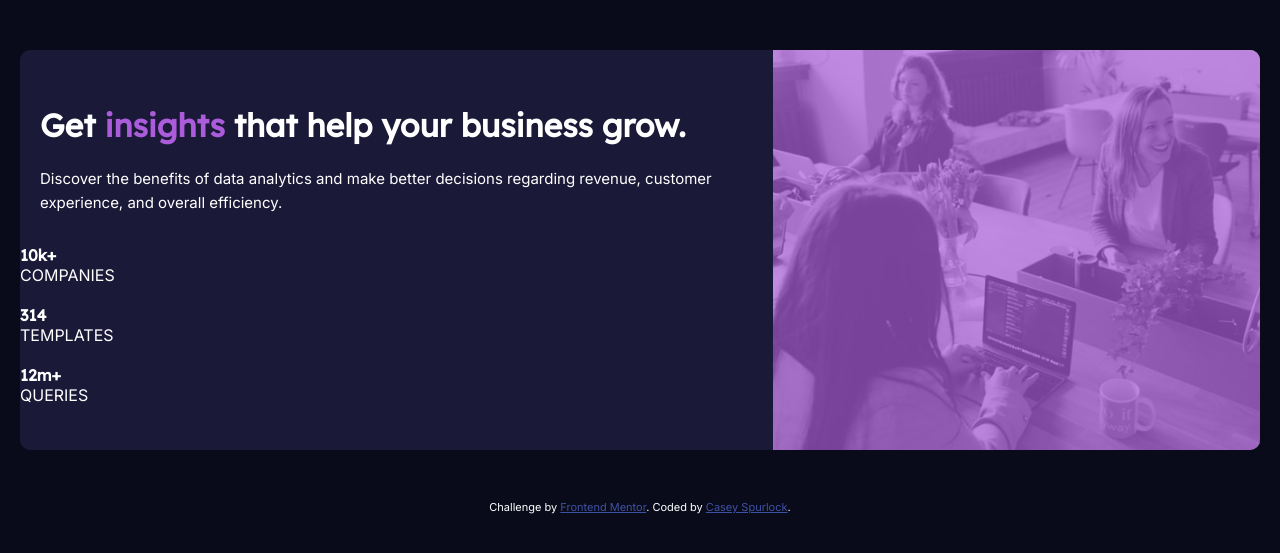
Repository: CaseySpurlock/stats-prewiew-component
Page: index.html
An editor plug-in stored every save of this project. The page is shown before and after the next save, followed by the edit.
The browser window is 1280 px wide. The pictures show the whole page.

Above is the page before, as saved 2021-06-22 01:54:59.

### index.html
<!DOCTYPE html>
<html lang="en">
<head>
  <meta charset="UTF-8">
  <meta name="viewport" content="width=device-width, initial-scale=1.0"> <!-- displays site properly based on user's device -->

  <link rel="icon" type="image/png" sizes="32x32" href="./images/favicon-32x32.png">

  <title>Frontend Mentor | Stats preview card component</title>

  <link rel="stylesheet" href="styles.css">
  <link rel="preconnect" href="https://fonts.googleapis.com">
  <link rel="preconnect" href="https://fonts.gstatic.com" crossorigin>
  <link href="https://fonts.googleapis.com/css2?family=Inter:wght@400;700&family=Lexend+Deca&display=swap" rel="stylesheet">

</head>

<body>

  <div class="container">
    <div class="card picture">
      <div class="overlay"></div>
    </div>
      <div class="card">
        <h1>Get <span>insights</span> that help your business grow.</h1>
      <p>Discover the benefits of data analytics and make better decisions regarding revenue, customer
        experience, and overall efficiency.</p>
        <ul>
          <li><span>10k+</span> companies</li>
          <li><span>314</span> templates</li>
          <li><span>12m+ </span> queries</li>
      </div>
      </div>








  <div class="attribution">
    Challenge by <a href="https://www.frontendmentor.io?ref=challenge" target="_blank">Frontend Mentor</a>.
    Coded by <a href="#">Casey Spurlock</a>.
  </div>
</body>
</html>

### styles.css
:root {
    --Very-dark-blue: hsl(233, 47%, 7%);
    --Dark-desaturated-blue: hsl(244, 38%, 16%);
    --Soft-violet: hsl(277, 64%, 61%);
    --White: hsl(0, 0%, 100%);
    --Slightly-transparent -white: hsla(0, 0%, 100%, 0.75);
    --Slightly-transparent-white: hsla(0, 0%, 100%, 0.6);
}

* {
    margin: 0;
    padding: 0;
    box-sizing: border-box;
}

img {
    max-width: 100%;
}

ul {
    list-style-type: none;
}

body {
    font-family: "Inter", sans-serif;
    background-color: var(--Very-dark-blue);
}

p {
    font-size: 15px;
    line-height: 1.6;
}

.container {
    background-color: var(--Dark-desaturated-blue);
    color: var(--White);
    margin: 50px 20px;
    padding: 0 0 20px;
    border-radius: 10px;
    text-align: center;
}

.container .picture  {
    background: url(./images/image-header-mobile.jpg)
    no-repeat center/cover;
    height: 400px;
    border-radius: 10px 10px 0 0;
}

.container .picture .overlay {
    background-color: hsl(277, 64%, 61%, .7);
    height: 400px;
    border-radius: 10px 10px 0 0;
}

.container .card p {
    padding: 0 20px;
    margin-bottom: 30px;
}

.container .card h1 {
    margin: 30px 0 20px;
    padding: 0 20px;
    line-height: 1.3;
    font-family: "lexend deca", sans-serif;
}

.container .card h1 span {
    color: var(--Soft-violet);
}

.container .card ul li {
    margin-bottom: 20px;
    text-transform: uppercase;
}

.container .card ul li span {
    display: block;
    text-transform: lowercase;
    font-weight: 700;
    font-family: "lexend deca", sans-serif;
}

.attribution {
    font-size: 11px;
    text-align: center;
    color: white;
    padding-bottom: 20px;
}
.attribution a {
    color: hsl(228, 45%, 44%);
}

@media (min-width: 768px) {
    .container {
        display: flex;
        flex-direction: row-reverse;
        align-items: center;
        justify-content: center;
        padding: 0;
        text-align: left;
    }

    .container .picture {
        background: url(./images/image-header-desktop.jpg) no-repeat center/cover;
        width: 50%;
        border-radius: 0 10px 10px 0;
    }

    .container .picture .overlay {
        background-color: hsl(277, 64%, 61%, .7);
        height: 400px;
        border-radius: 0 10px 10px 0;
    }
}

After the next save:
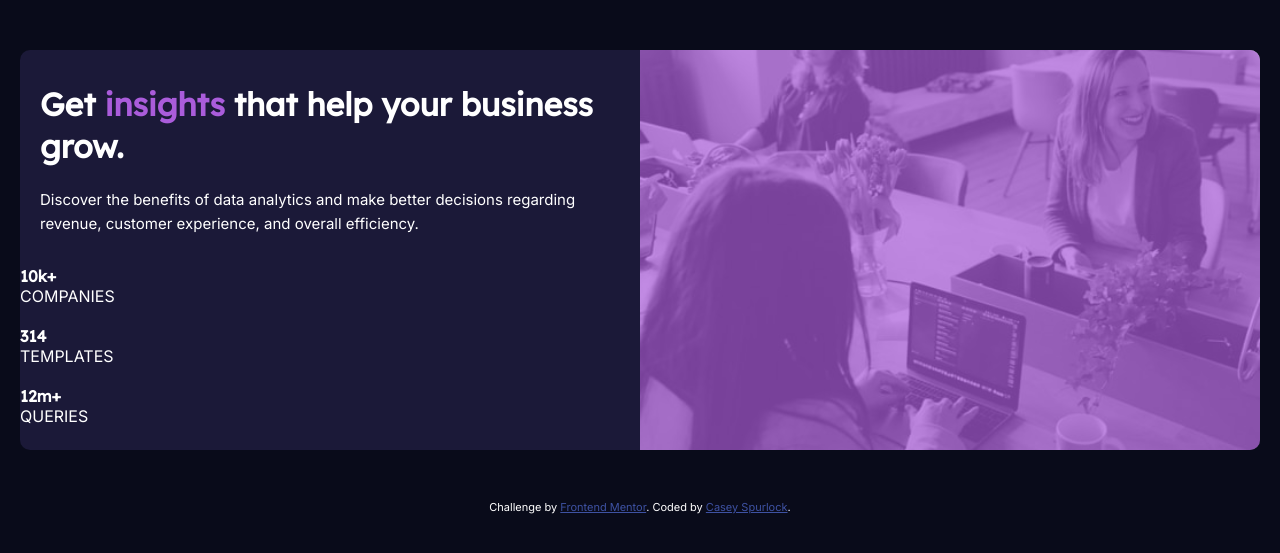
Saved 10 h 22 min later.
--- a/styles.css
+++ b/styles.css
@@ -103,7 +103,7 @@
 
     .container .picture {
         background: url(./images/image-header-desktop.jpg) no-repeat center/cover;
-        width: 50%;
+        min-width: 50%;
         border-radius: 0 10px 10px 0;
     }
 
